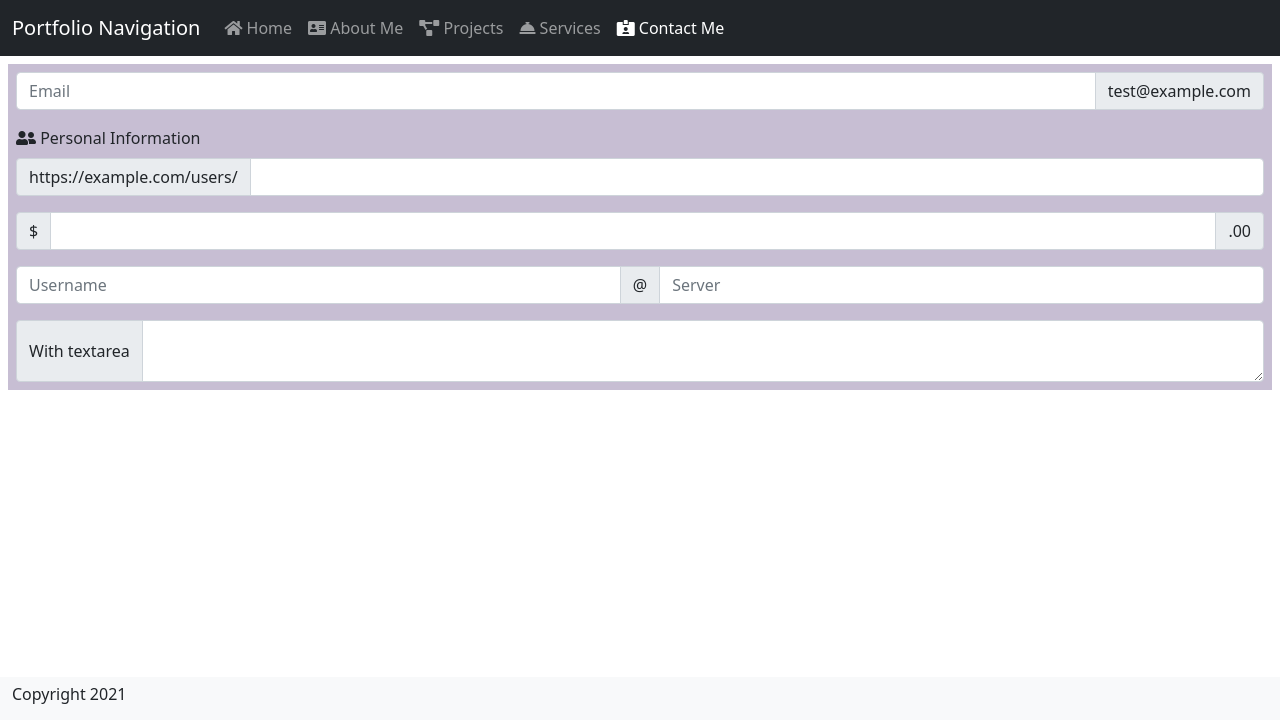
Repository: GarlicButterBoy/Portfolio
Page: contact.html
The author's editor kept a copy of each file at every save. The page is drawn from the files as they stood at one save, then again after the next save.
The browser window is 1280 px wide. The page is 1284 px wide, so the pictures cover 1284 px, including what lies to the right of the window. The pictures show the whole page.

Above is the page before, as saved 2021-06-09 13:01:39.

### contact.html
<!DOCTYPE html>
<html lang="en">
<head>
    <meta charset="UTF-8">
    <meta http-equiv="X-UA-Compatible" content="IE=edge">
    <meta name="viewport" content="width=device-width, initial-scale=1.0">
    <title>Nick Sturch-Flint Portfolio</title>
    <link rel="stylesheet" href="./node_modules/bootstrap/dist/css/bootstrap.min.css">
    <link rel="stylesheet" href="./node_modules/@fortawesome/fontawesome-free/css/all.min.css">
    <link rel="stylesheet" href="./Content/app.css">
</head>
<body>
  <!-- Main Navigation -->
    <nav class="navbar navbar-expand-lg navbar-dark bg-dark">
        <div class="container-fluid">
          <a class="navbar-brand" href="#">Portfolio Navigation</a>
          <button class="navbar-toggler" type="button" data-bs-toggle="collapse" data-bs-target="#navbarNavAltMarkup" aria-controls="navbarNavAltMarkup" aria-expanded="false" aria-label="Toggle navigation">
            <span class="navbar-toggler-icon"></span>
          </button>
          <div class="collapse navbar-collapse" id="navbarNavAltMarkup">
            <div class="navbar-nav ml-auto">
              <a id="home" class="nav-link" aria-current="page" href="index.html"><i class="fas fa-home"></i> Home</a>
              <a id="about" class="nav-link" href="about.html"><i class="fas fa-address-card"></i> About Me</a>
              <a id="projects" class="nav-link" href="projects.html"><i class="fas fa-project-diagram"></i> Projects</a>
              <a id="services" class="nav-link" href="services.html"><i class="fas fa-concierge-bell"></i> Services</a>
              <a id="contact" class="nav-link" href="contact.html"><i class="fas fa-id-card-alt"></i> Contact Me</a>
            </div>
          </div>
        </div>
      </nav>
      <!-- End of Main Navigation -->

      <main class="containrer p-2">
        <div class="row">
          <div class="col">
            <div class="jumbotron p-2" id="contentArea">

              <div class="input-group mb-3">
                <input type="text" class="form-control" placeholder="Email" aria-label="Email" aria-describedby="basic-addon2">
                <span class="input-group-text" id="basic-addon2">test@example.com</span>
              </div>

              <label for="basic-url" class="form-label"><i class="fas fa-user-friends"></i> Personal Information</label>
              <div class="input-group mb-3">
                <span class="input-group-text" id="basic-addon3">https://example.com/users/</span>
                <input type="text" class="form-control" id="basic-url" aria-describedby="basic-addon3">
              </div>

              <div class="input-group mb-3">
                <span class="input-group-text">$</span>
                <input type="text" class="form-control" aria-label="Amount (to the nearest dollar)">
                <span class="input-group-text">.00</span>
              </div>

              <div class="input-group mb-3">
                <input type="text" class="form-control" placeholder="Username" aria-label="Username">
                <span class="input-group-text">@</span>
                <input type="text" class="form-control" placeholder="Server" aria-label="Server">
              </div>

              <div class="input-group">
                <span class="input-group-text">With textarea</span>
                <textarea class="form-control" aria-label="With textarea"></textarea>
              </div>
            </div>
          </div>
        </div>
      </main>


      <footer>
        <nav class="navbar fixed-bottom navbar-light bg-light">
          <div class="container-fluid">
            <h6>Copyright 2021</h6>
          </div>
        </nav>
      </footer>

      <!-- Third Party Libraries -->
      <script src="./node_modules/jquery/dist/jquery.min.js"></script>
      <script src="./node_modules/bootstrap/dist/js/bootstrap.min.js"></script>

      <!-- Third Party Libraries -->
    <script src="./Scripts/app.js"></script>
</body>
</html>

### Content/app.css
.jumbotron {
    background-color: #c7bed3;
  }

### Scripts/app.js
"use strict";

//IIFE - Immediately Invoked Function Expression
// OR - Anonymous Self Executing Function
(function()
{
    //declare function variables here...
    console.log("%cDeclaring Variables", "color:blue");

    /**
     * Variable Initialization in this function
     */
    function Start()
    {
        console.log("%cInitializing Variables", "color:green");

        PageSwitcher();

        Main();
    }

    function PageSwitcher()
    {
        let name = window.location.pathname; //returns full .html page name
        let pageName = name.substring(1, name.length - 5); //returns page name without the first / and the final .html


        switch(pageName)
        {
            case "index":
                DisplayHome();

                break;
            case "about":
                DisplayAbout();
                break;
            case "projects":
                DisplayProjects();
                break;
            case "services":
                DisplayServices();
                break;
            case "contact":
                DisplayContact();
                break;
            default:
                console.error("Page Not Found");
                break;
        }

        $("#"+pageName).addClass("active"); //makes the active page link highlighted
    }

    function DisplayHome()
    {
        document.getElementById("home").className = "nav-link active";
         $("button").on("click", () => {
              location.href = "projects.html";
         });
    }

    function DisplayAbout()
    {

    }

    function DisplayProjects()
    {

    }

    function DisplayServices()
    {

    }

    function DisplayContact()
    {

    }

    /**
     * Main program Entry point is here
     */
    function Main()
    {
        console.log("%cMain Program Starting", "color:orange");

    }

    window.addEventListener("load", Start);
})();

Loaded but not shown: node_modules/bootstrap/dist/css/bootstrap.min.css (library); node_modules/@fortawesome/fontawesome-free/css/all.min.css (library); node_modules/jquery/dist/jquery.min.js (library); node_modules/bootstrap/dist/js/bootstrap.min.js (library)

After the next save:
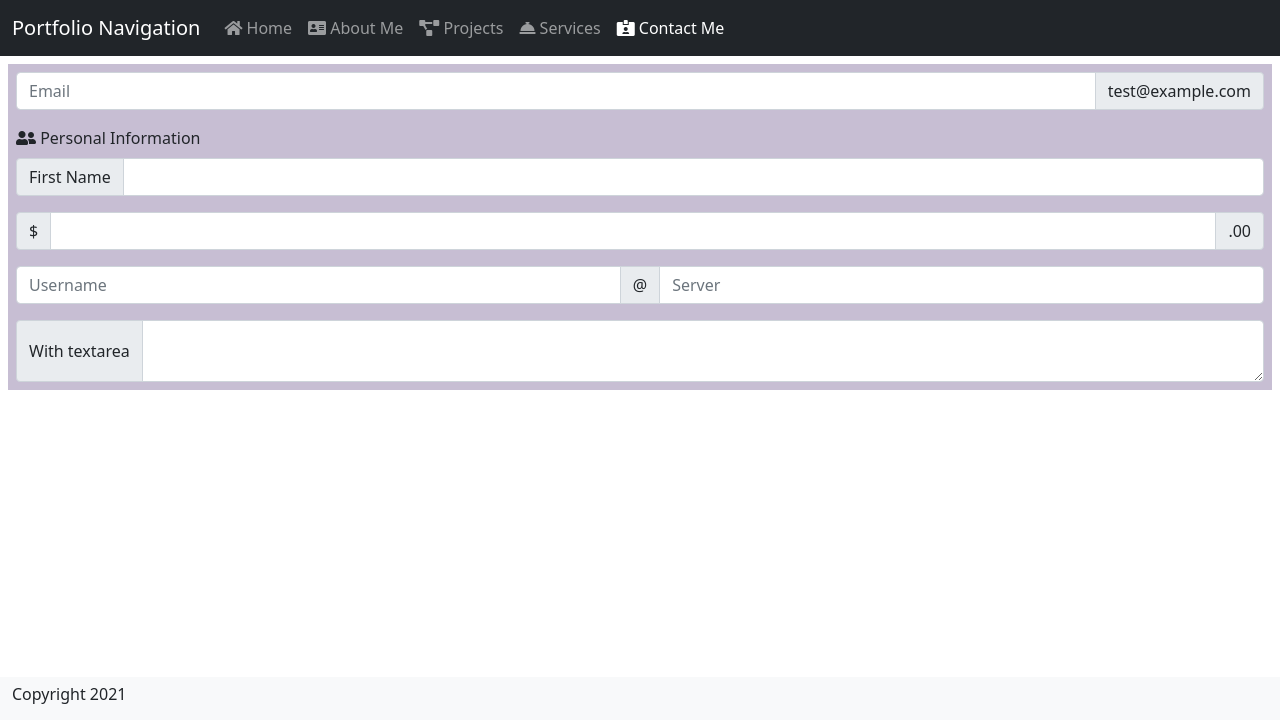
Saved 16 s later.
--- a/contact.html
+++ b/contact.html
@@ -42,7 +42,7 @@
 
               <label for="basic-url" class="form-label"><i class="fas fa-user-friends"></i> Personal Information</label>
               <div class="input-group mb-3">
-                <span class="input-group-text" id="basic-addon3">https://example.com/users/</span>
+                <span class="input-group-text" id="basic-addon3">First Name</span>
                 <input type="text" class="form-control" id="basic-url" aria-describedby="basic-addon3">
               </div>
 
